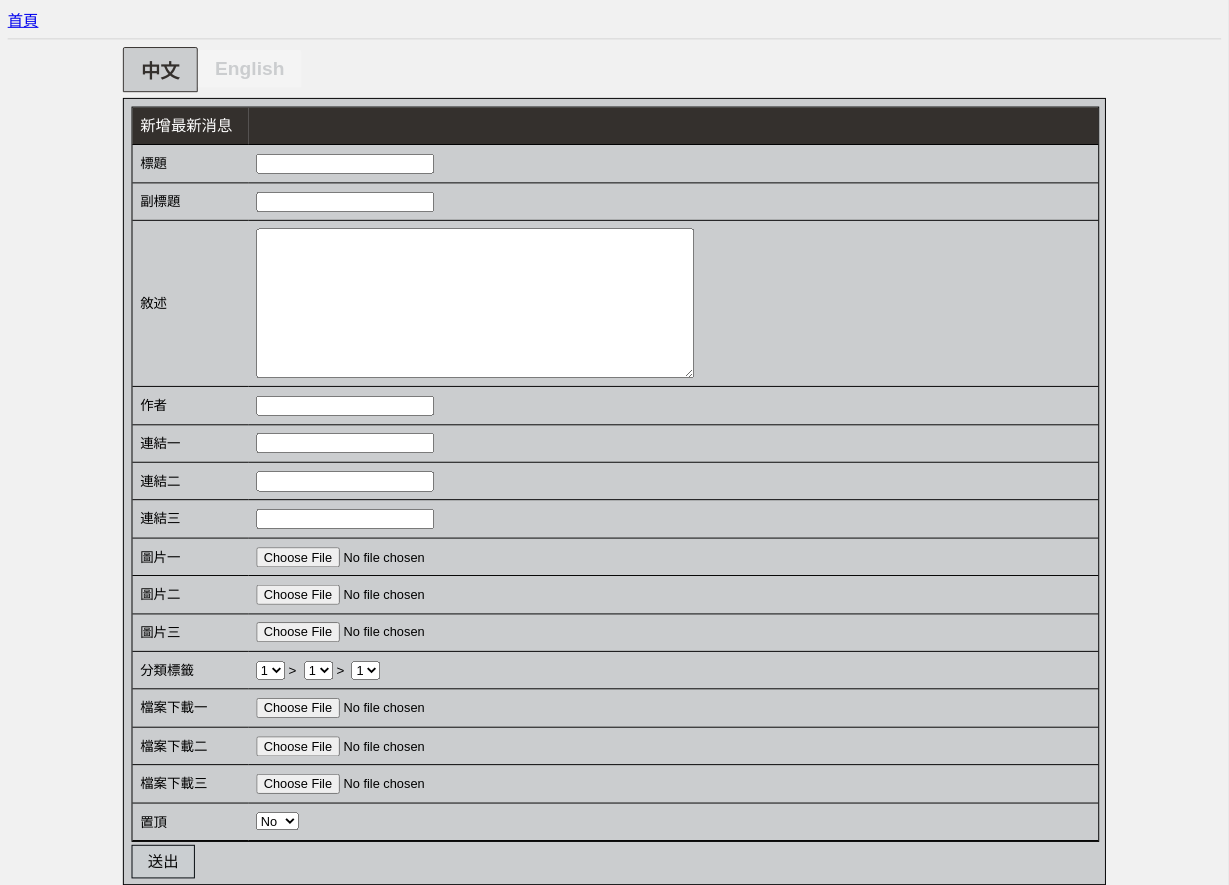
Repository: Naokiyuy/DigitalHum
Page: http://localhost/digital/backend/hotnews/hotnews-add.jsp
An editor plug-in stored every save of this project. The page is shown before and after the next save, followed by the edit.
The browser window is 1280 px wide. The pictures show the whole page, at 96% of full size.
Some web libraries are served in a nearby version. The page is served by Tomcat 9.

Above is the page before, as saved 2015-03-11 19:47:00.

After the next save:
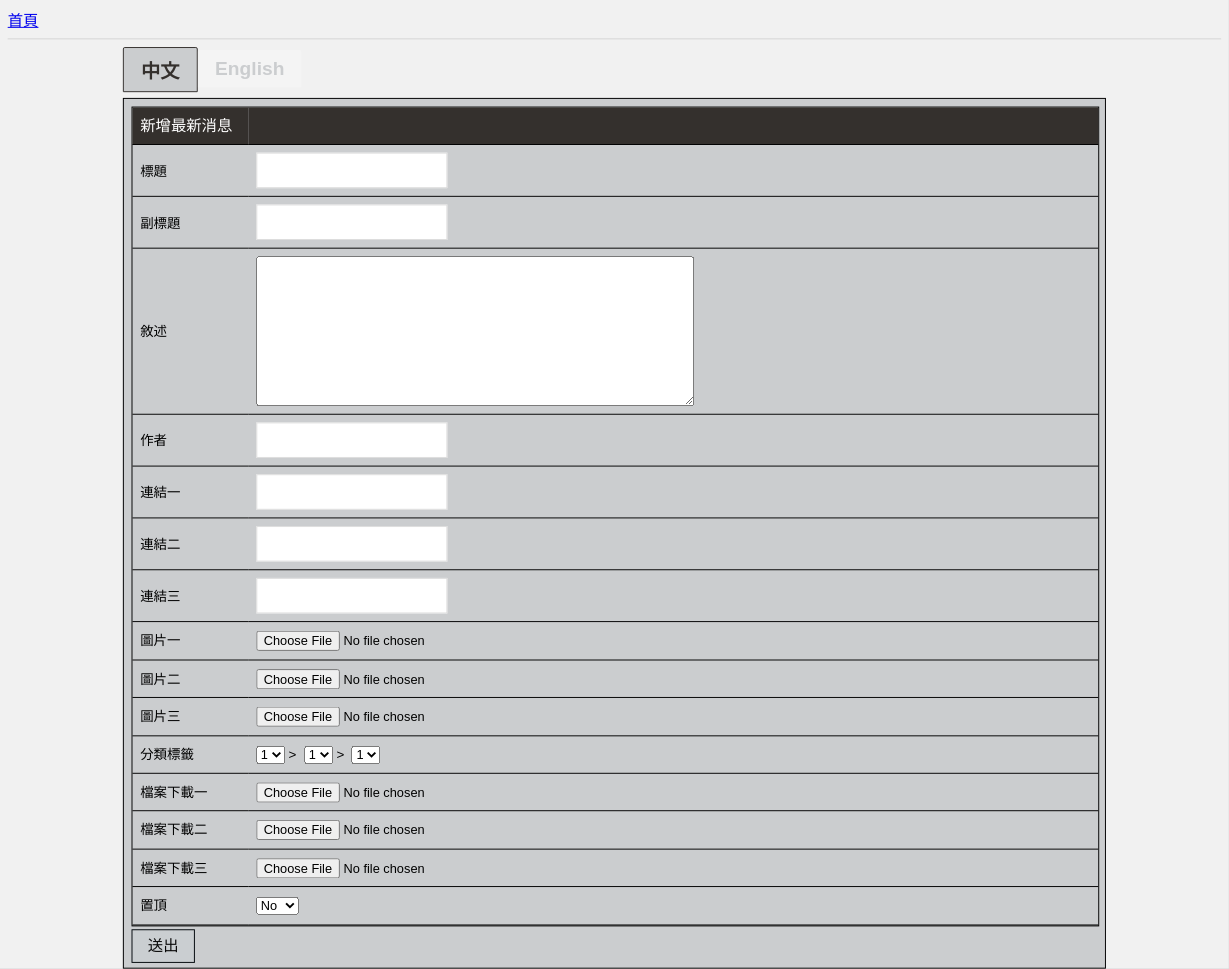
Saved 116 s later.
--- a/digital/src/main/webapp/backend/css/hotnews/add.css
+++ b/digital/src/main/webapp/backend/css/hotnews/add.css
@@ -144,3 +144,13 @@ textarea {
 	height:150px;
 	width:450px;
 }
+
+input[type="text"] {
+  padding: 10px;
+  border: solid 1px #dcdcdc;
+  transition: box-shadow 0.3s, border 0.3s;
+}
+input[type="text"]:focus{
+  border: solid 1px #707070;
+  box-shadow: 0 0 5px 1px #969696;
+}
